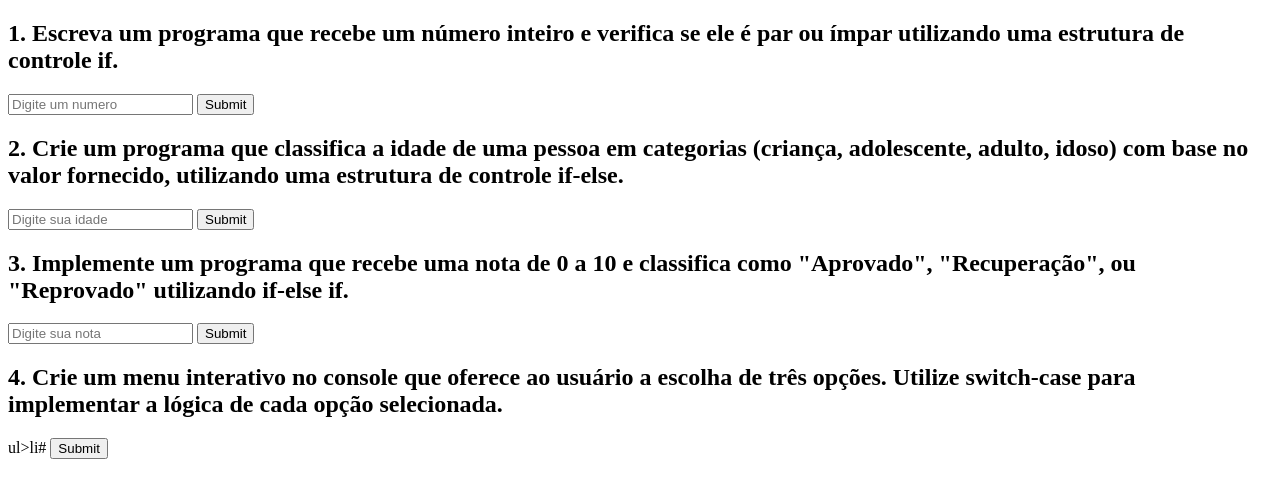
Repository: chidekina/prati-logica
Page: index.html
An editor plug-in stored every save of this project. The page is shown before and after the next save, followed by the edit.
The browser window is 1280 px wide. The pictures show the whole page.

Above is the page before, as saved 2025-04-29 14:26:08.

After the next save:
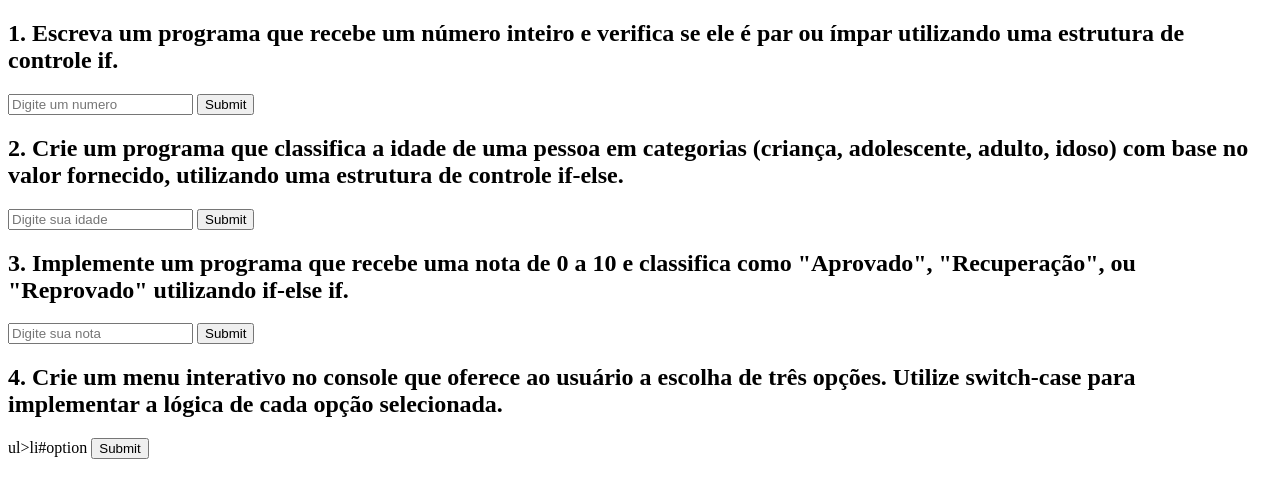
Saved 8 s later.
--- a/index.html
+++ b/index.html
@@ -47,7 +47,7 @@ controle if-else.
 Utilize switch-case para implementar a lógica de cada opção selecionada.
     </h2>
     <div>
-        ul>li#
+        ul>li#option
         <input type="submit" onclick="aprovacao()">
     </div>
     <h3 id="answer3"></h3>
